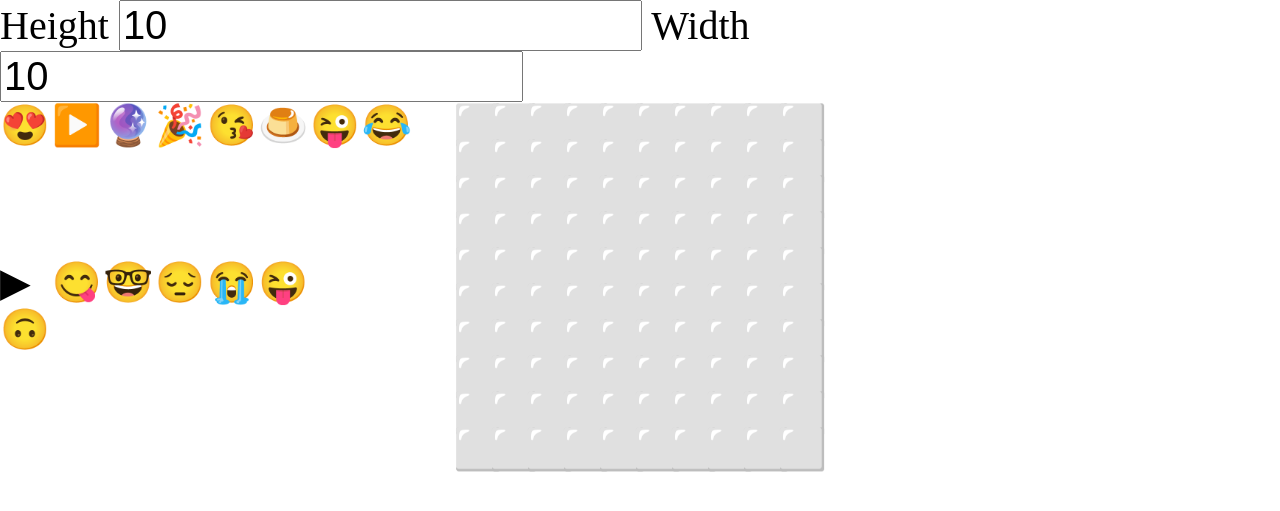
Repository: roast-rabbit/emoji-art-generator
Page: index.html
These files come from the project's save history. The page is drawn as it stood at one moment and after the next save; the edit follows.
The browser window is 1280 px wide. The pictures show the whole page.

Above is the page before, as saved 2022-12-06 16:20:38.

After the next save:
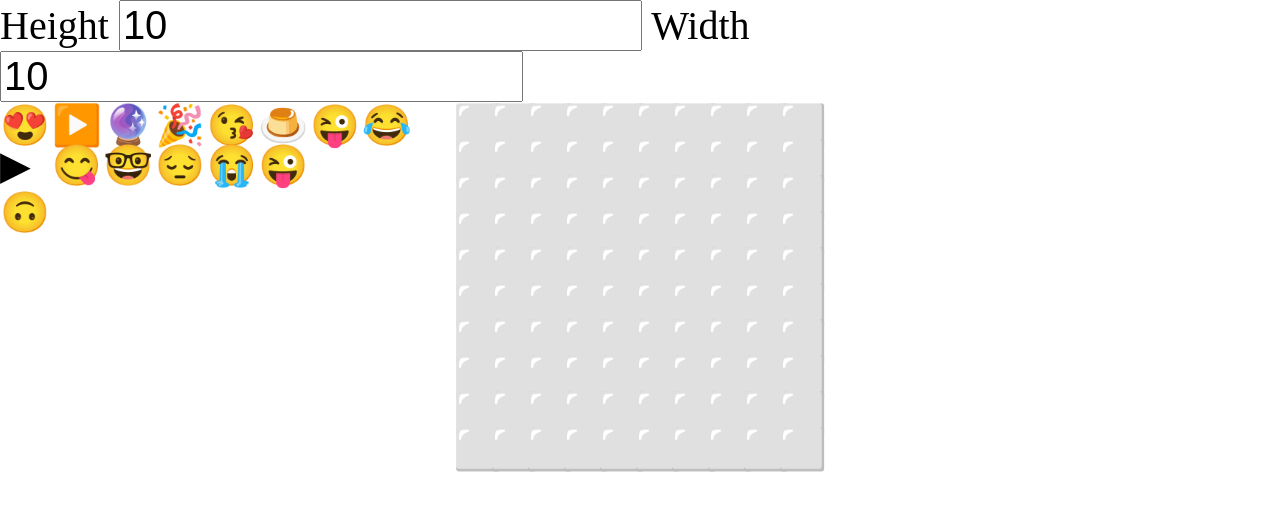
Saved 43 s later.
--- a/styles.css
+++ b/styles.css
@@ -25,6 +25,7 @@ body {
 #side-tool-set {
   display: grid;
   grid-template-columns: repeat(8, 1fr);
+  grid-template-rows: 40px;
 }
 #side-tool-set div {
   cursor: pointer;
